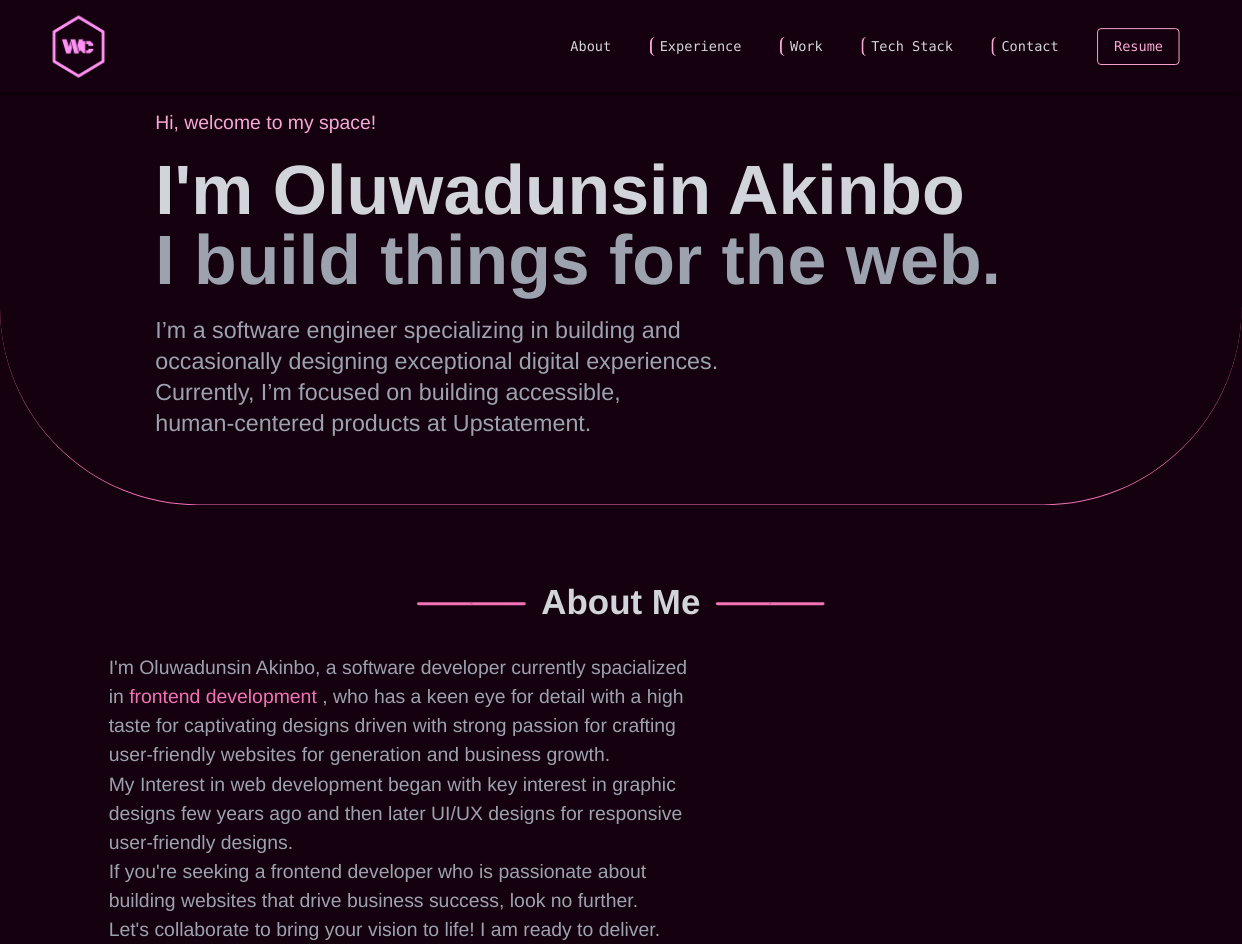
Repository: EmmyDunny1/myPortfolio
Page: / (app in MyPortfolio/)
The author's editor kept a copy of each file at every save. The page is drawn from the files as they stood at one save, then again after the next save.
The browser window is 1280 px wide. The pictures show the whole page, at 97% of full size.
The project was rebuilt for these pictures with package versions that can differ from the ones it lists, and the page was loaded fresh each time. Also part of the build but not shown: MyPortfolio/vite.config.js.

Above is the page before, as saved 2025-01-14 14:51:10.

After the next save:
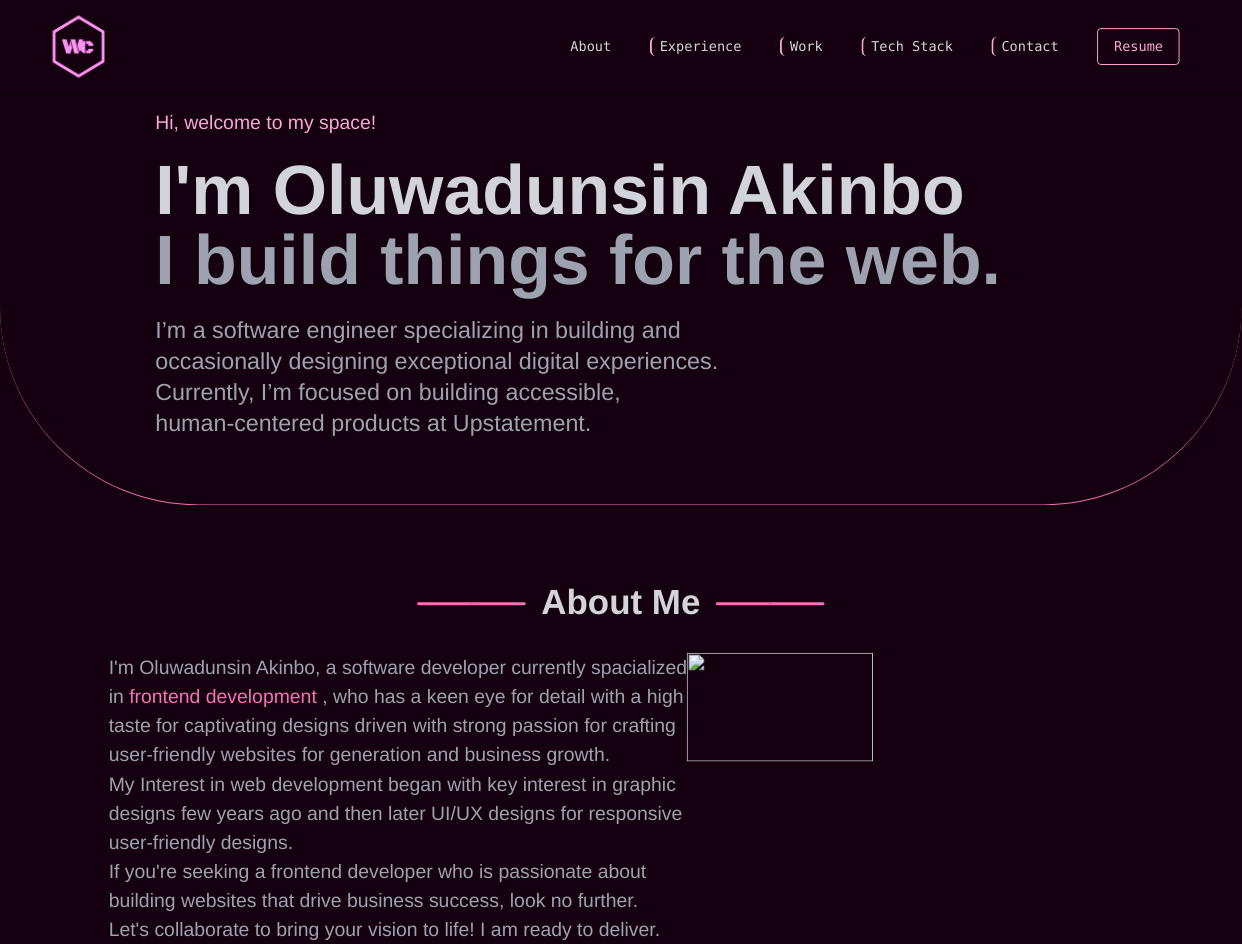
Saved 38 s later.
--- a/MyPortfolio/src/components/AboutMe.jsx
+++ b/MyPortfolio/src/components/AboutMe.jsx
@@ -23,7 +23,7 @@ const AboutMe = () => {
 <br />
               Let's collaborate to bring your vision to life! I am ready to deliver. </p>
         </div>
-        <div></div>
+        <div><img src="" alt="" /></div>
 
     </div>
 
